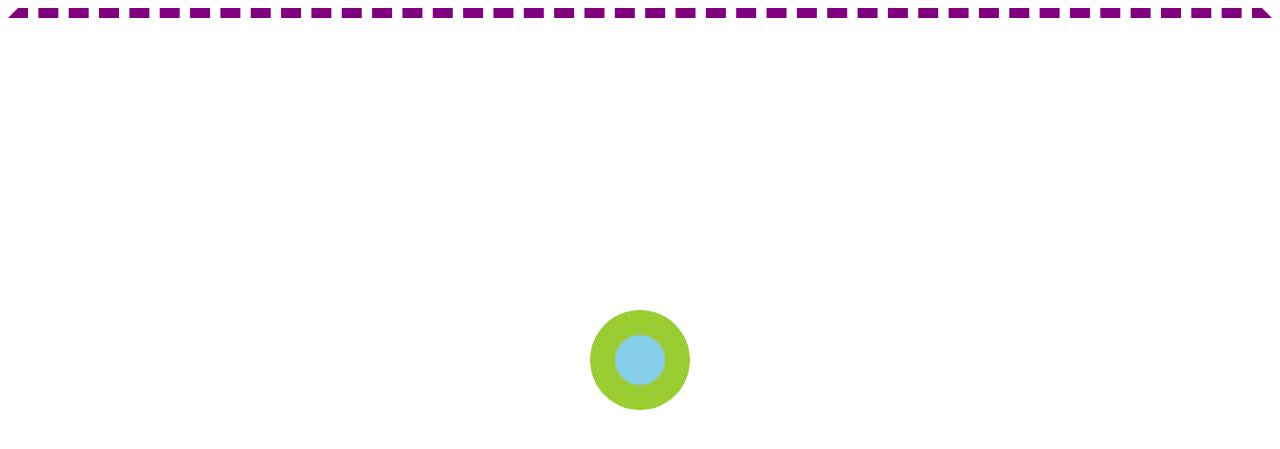
Repository: wxxwtt/interviewQuestions
Page: 24_同心圆.html
An editor plug-in stored every save of this project. The page is shown before and after the next save, followed by the edit.
The browser window is 1280 px wide. The pictures show the whole page.

Above is the page before, as saved 2021-03-16 20:41:22.

After the next save:
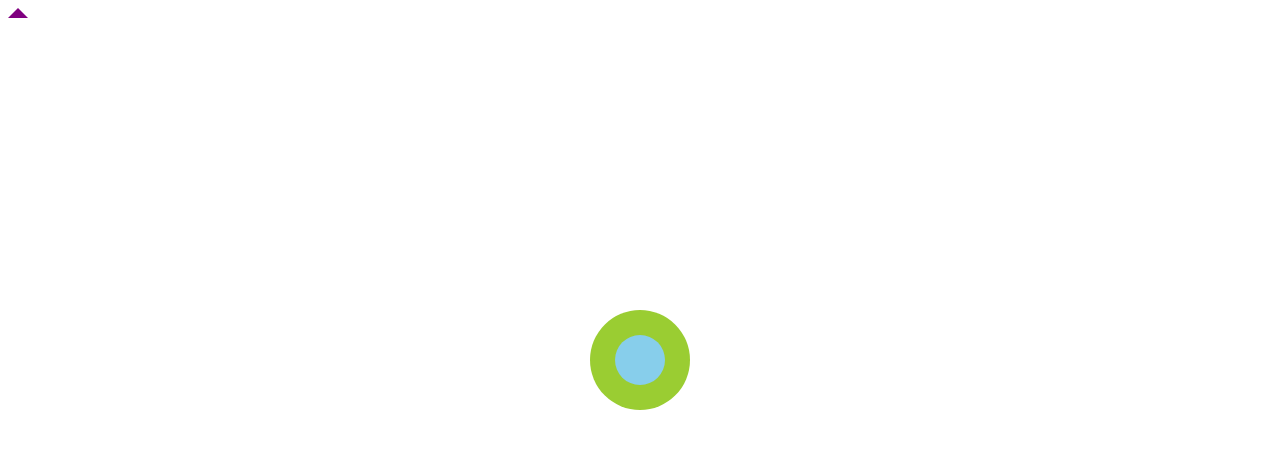
Saved 24 s later.
--- a/24_同心圆.html
+++ b/24_同心圆.html
@@ -33,6 +33,10 @@
       border-left: 10px dashed transparent;
       border-right: 10px dashed transparent;
       border-bottom: 10px dashed purple;
+      width: 0;
+      height: 0;
+      font-size: 10;
+      overflow: hidden;
     }
   </style>
 </head>
